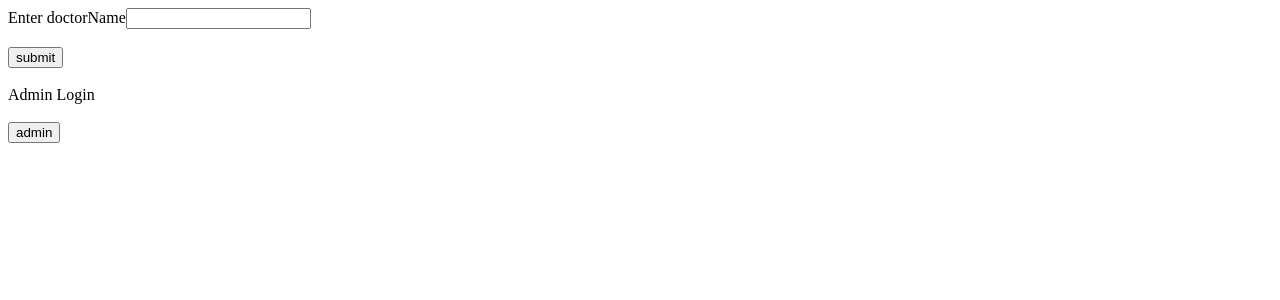
Repository: Kavya-C1/eclipsejava
Page: http://localhost/DoctorAppMaven/
An editor plug-in stored every save of this project. The page is shown before and after the next save, followed by the edit.
The browser window is 1280 px wide. The pictures show the whole page.
The page is served by Tomcat 9.

Above is the page before, as saved 2024-03-15 07:17:07.

After the next save:
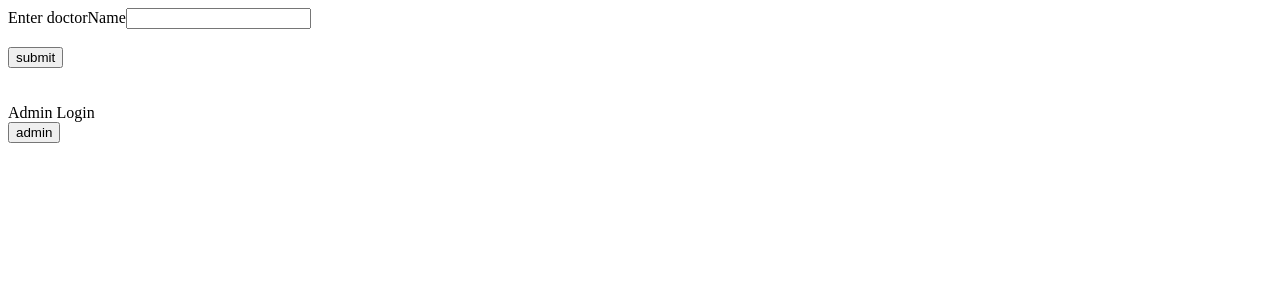
Saved 7 s later.
--- a/DoctorAppMaven/src/main/webapp/index.jsp
+++ b/DoctorAppMaven/src/main/webapp/index.jsp
@@ -12,11 +12,11 @@
 Enter doctorName<input type="text" name="doctorName"><br><br>
 <input type="submit" value="submit">
 
-<br><br>
+<br><br><br>
 
 
 Admin Login
-<br><br>
+<br>
 <input type="submit" value="admin">
 </form>
 
